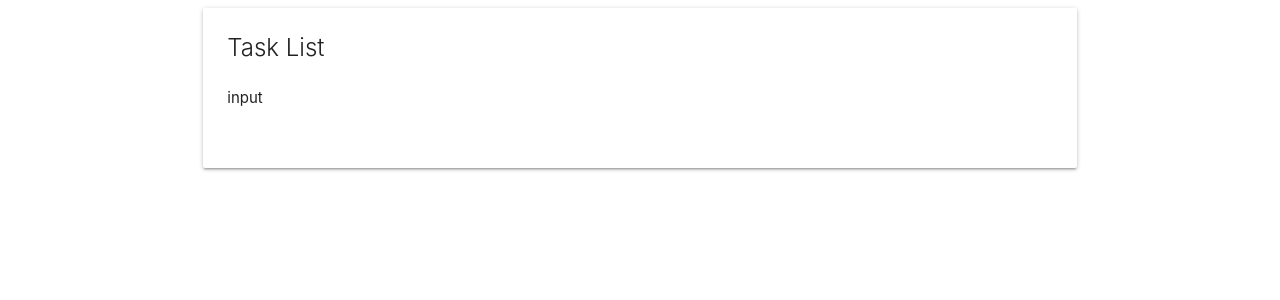
Repository: YasirGaji/Sandbox
Page: index.html
An editor plug-in stored every save of this project. The page is shown before and after the next save, followed by the edit.
The browser window is 1280 px wide. The pictures show the whole page.

Above is the page before, as saved 2021-12-01 15:15:32.

After the next save:
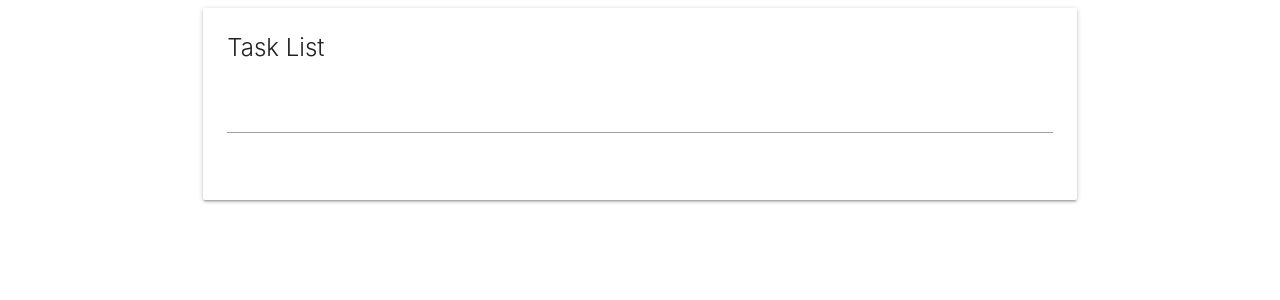
Saved 18 s later.
--- a/index.html
+++ b/index.html
@@ -22,7 +22,7 @@
             <div class="row">
               <form id="task-form">
                 <div class="input-field col s12">
-                  input
+                  <input type="text">
                 </div>
               </form>
             </div>
